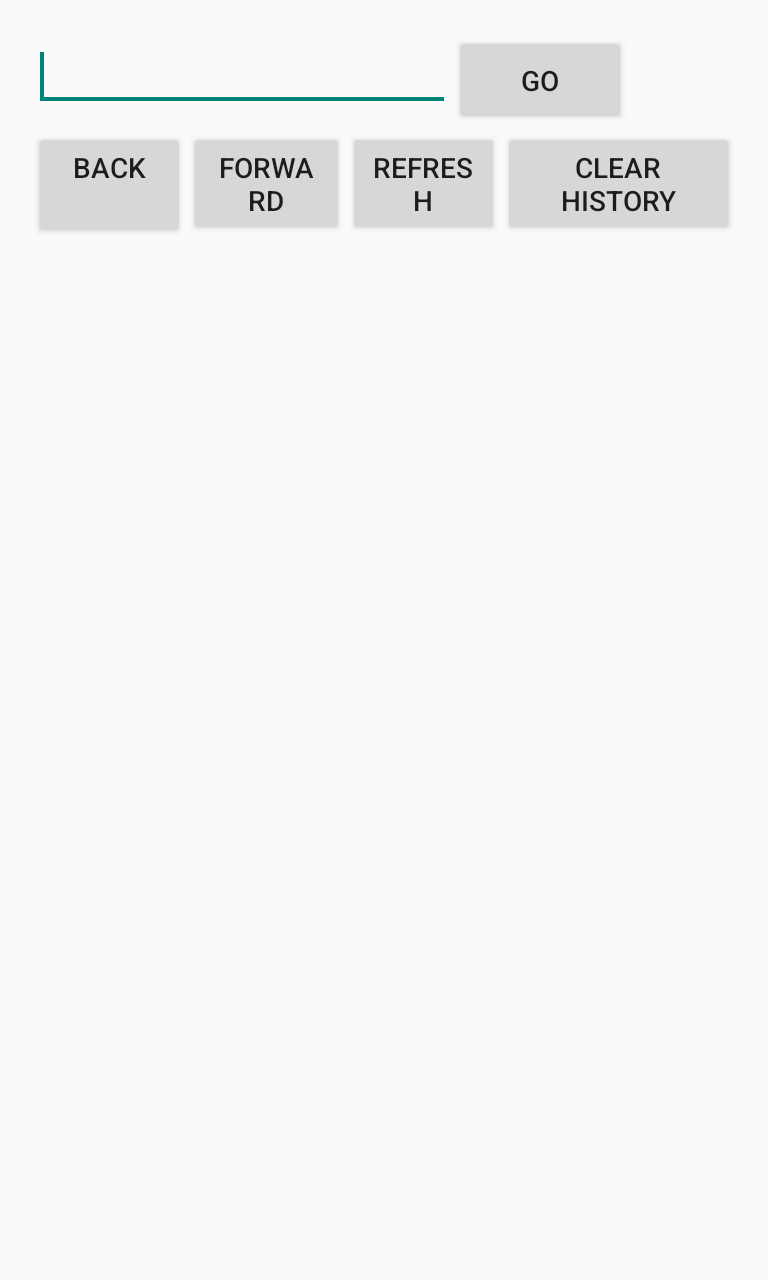
Repository: Attaphon1996/Engineering-Stuff
Layout: OSource/Android Play/Android_Projects/Bruno/res/layout/activity_main.xml
An editor plug-in stored every save of this project. The layout is shown before and after the next save, followed by the edit.
It is drawn on a 768 x 1280 px phone screen (xhdpi) without system bars, with theme AppTheme; the app's code is not run.

Above is the layout before, as saved 2014-12-23 17:45:13.

After the next save:
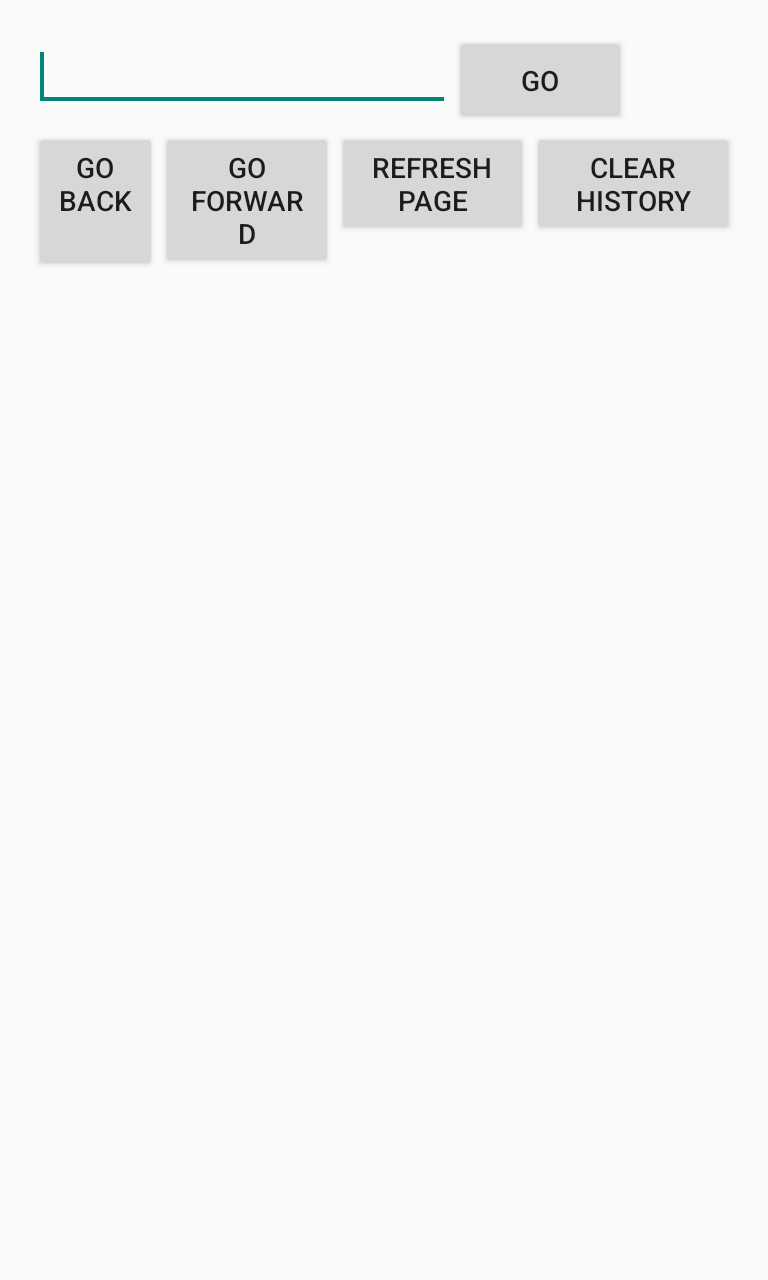
Saved 85 s later.
--- a/OSource/Android Play/Android_Projects/Bruno/res/values/strings.xml
+++ b/OSource/Android Play/Android_Projects/Bruno/res/values/strings.xml
@@ -5,9 +5,9 @@
     <string name="hello_world">Hello world!</string>
     <string name="action_settings">Settings</string>
     <string name="go">GO</string>
-    <string name="back">Back</string>
-    <string name="forward">Forward</string>
+    <string name="back">Go Back</string>
+    <string name="forward">Go Forward</string>
     <string name="clear_history">Clear History</string>
-    <string name="refresh">Refresh</string>
+    <string name="refresh">Refresh Page</string>
 
 </resources>
